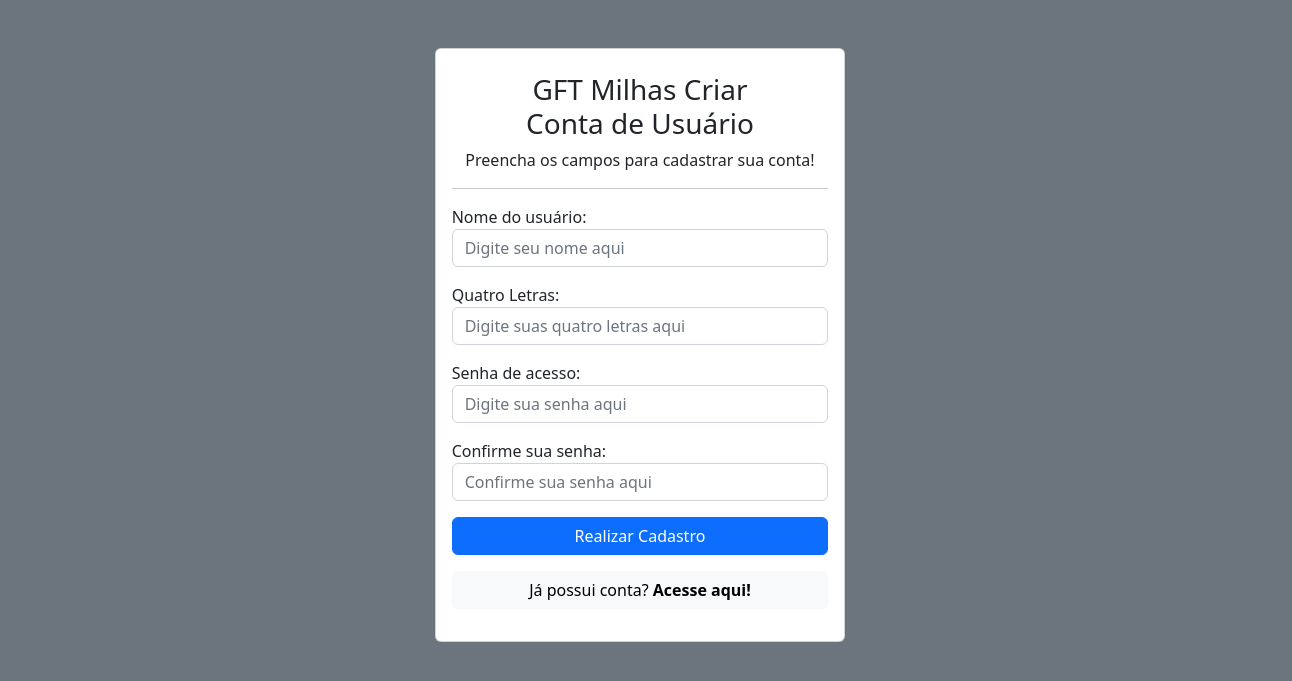
Repository: thamaraamaral/desafio_mvc1
Page: http://localhost/projeto-milhas/WEB-INF/views/register.jsp
An editor plug-in stored every save of this project. The page is shown before and after the next save, followed by the edit.
The browser window is 1280 px wide. The page is 1292 px wide, so the pictures cover 1292 px, including what lies to the right of the window. The pictures show the whole page.
The page is served by Tomcat 9. Nobody is signed in. Other server files are loaded and not shown. The template is opened directly, without the code that normally fills it, so the values that code supplies are empty.

Above is the page before, as saved 2022-10-27 14:15:56.

### projeto-milhas/src/main/webapp/WEB-INF/views/register.jsp
<%@ page language="java" contentType="text/html; charset=UTF-8"
	pageEncoding="UTF-8"%>
<!DOCTYPE html>
<html>
<head>
<meta charset="UTF-8">
<title>GFT Milhas</title>

<!-- CSS only -->
<link
	href="https://cdn.jsdelivr.net/npm/bootstrap@5.2.2/dist/css/bootstrap.min.css"
	rel="stylesheet">
</head>
<body class="bg-secondary">

	<div class="row">
		<div class="col-md-4 offset-md-4">
			<div class="card mt-5">
				<div class="card-body">

					<div class="text-center">

						<h3 class="mt-2">GFT Milhas Criar <br>Conta de Usuário</h3>
						<p>Preencha os campos para cadastrar sua conta!</p>
						<hr />
					</div>

					<form action="">

						<div class="mb-3">
							<label>Nome do usuário:</label> <input type="text"
								class="form-control" placeholder="Digite seu nome aqui">
						</div>

						<div class="mb-3">
							<label>Quatro Letras:</label> <input type="text"
								class="form-control" placeholder="Digite suas quatro letras aqui">
						</div>

						<div class="mb-3">
							<label>Senha de acesso:</label> <input type="password"
								class="form-control" placeholder="Digite sua senha aqui">
						</div>

												<div class="mb-3">
							<label>Confirme sua senha:</label> <input type="password"
								class="form-control" placeholder="Confirme sua senha aqui">
						</div>

						<div class="mb-3">
							<div class="d-grid">
								<input type="submit" value="Realizar Cadastro"
									class="btn btn-primary" />
							</div>
						</div>

						<div class="mb-3">
							<div class="d-grid">
								<a href="/projeto-milhas/" class="btn btn-light">
									Já possui conta? <strong>Acesse aqui!</strong></a>
							</div>
						</div>
					</form>
				</div>
			</div>
		</div>
	</div>
	<!-- JavaScript Bundle with Popper -->
	<script
		src="https://cdn.jsdelivr.net/npm/bootstrap@5.2.2/dist/js/bootstrap.bundle.min.js"></script>
</body>
</html>

After the next save:
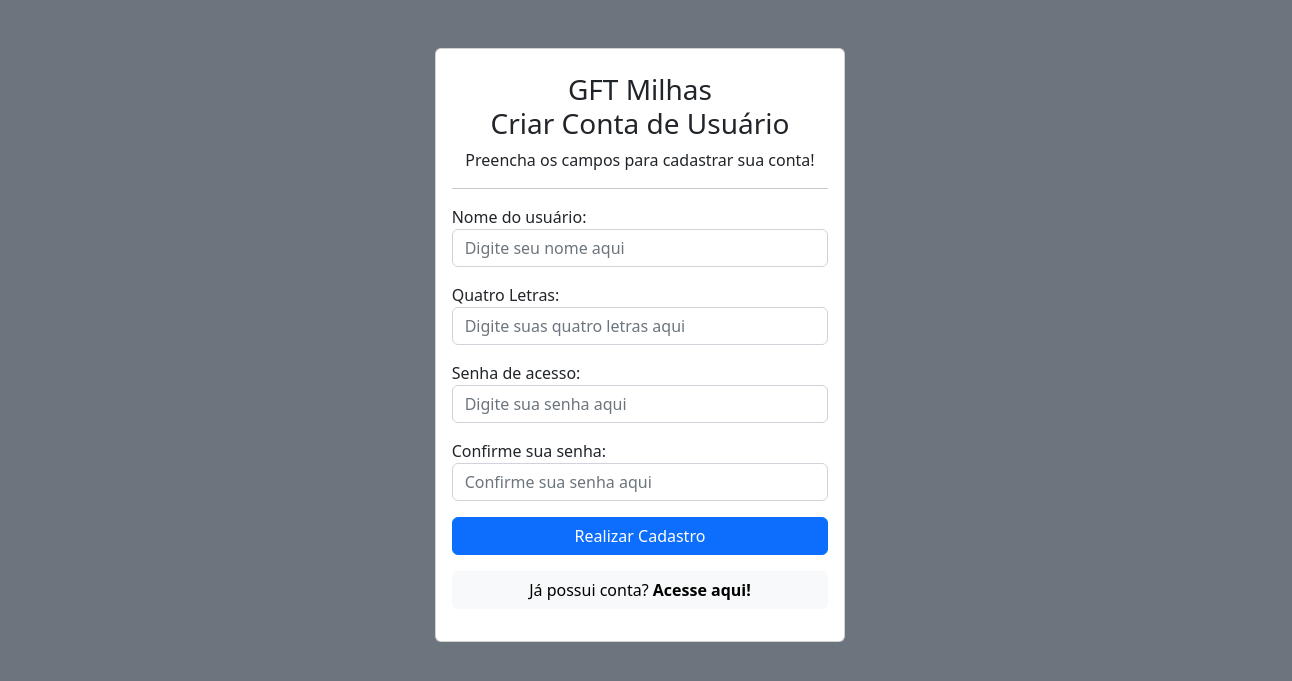
Saved 14 s later.
--- a/projeto-milhas/src/main/webapp/WEB-INF/views/register.jsp
+++ b/projeto-milhas/src/main/webapp/WEB-INF/views/register.jsp
@@ -20,7 +20,7 @@
 
 					<div class="text-center">
 
-						<h3 class="mt-2">GFT Milhas Criar <br>Conta de Usuário</h3>
+						<h3 class="mt-2">GFT Milhas <br>Criar Conta de Usuário</h3>
 						<p>Preencha os campos para cadastrar sua conta!</p>
 						<hr />
 					</div>
